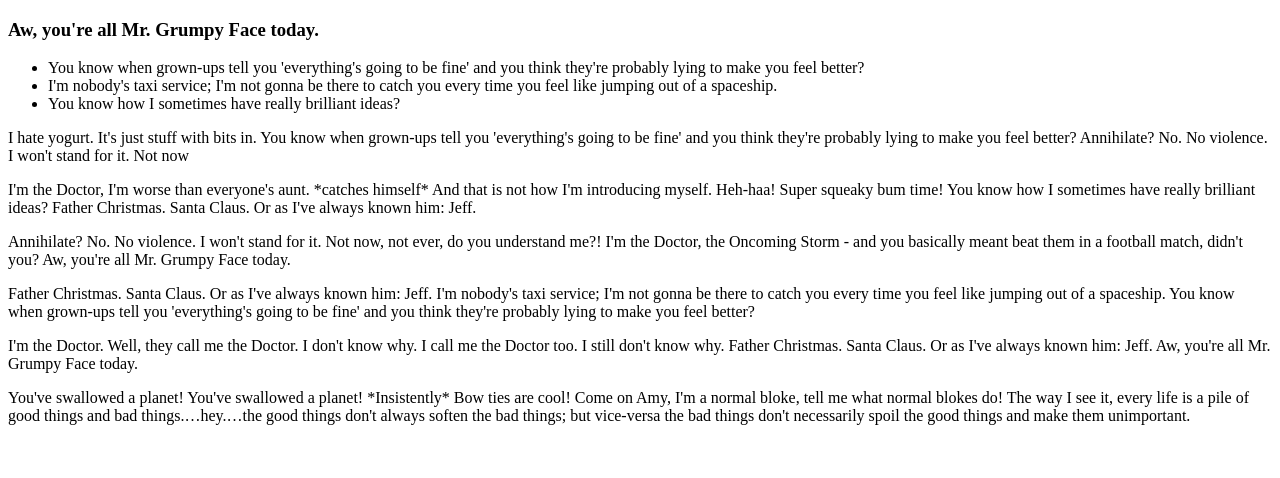
Repository: m0lt/modul_1
Page: 20250708_css_Class_ID/Aufgaben/02_Pseudo-Elements-Level-1_2/index.html
An editor plug-in stored every save of this project. The page is shown before and after the next save, followed by the edit.
The browser window is 1280 px wide. The pictures show the whole page.

Above is the page before, as saved 2025-07-07 14:08:19.

### 20250708_css_Class_ID/Aufgaben/02_Pseudo-Elements-Level-1_2/index.html
<!DOCTYPE html>
<html lang="en">
  <head>
    <meta charset="UTF-8" />
    <meta name="viewport" content="width=device-width, initial-scale=1.0" />
    <link rel="stylesheet" href="./assets/css/styles.css" />
    <title>Document</title>
  </head>
  <body>
    <h3>Aw, you're all Mr. Grumpy Face today.</h3>
    <ul>
      <li>
        You know when grown-ups tell you 'everything's going to be fine' and you think they're probably lying to make
        you feel better?
      </li>
      <li>
        I'm nobody's taxi service; I'm not gonna be there to catch you every time you feel like jumping out of a
        spaceship.
      </li>
      <li>You know how I sometimes have really brilliant ideas?</li>
    </ul>
    <section>
      <p>
        I hate yogurt. It's just stuff with bits in. You know when grown-ups tell you 'everything's going to be fine'
        and you think they're probably lying to make you feel better? Annihilate? No. No violence. I won't stand for it.
        Not now
      </p>
      <p>
        I'm the Doctor, I'm worse than everyone's aunt. *catches himself* And that is not how I'm introducing myself.
        Heh-haa! Super squeaky bum time! You know how I sometimes have really brilliant ideas? Father Christmas. Santa
        Claus. Or as I've always known him: Jeff.
      </p>
      <p>
        Annihilate? No. No violence. I won't stand for it. Not now, not ever, do you understand me?! I'm the Doctor, the
        Oncoming Storm - and you basically meant beat them in a football match, didn't you? Aw, you're all Mr. Grumpy
        Face today.
      </p>
      <p>
        Father Christmas. Santa Claus. Or as I've always known him: Jeff. I'm nobody's taxi service; I'm not gonna be
        there to catch you every time you feel like jumping out of a spaceship. You know when grown-ups tell you
        'everything's going to be fine' and you think they're probably lying to make you feel better?
      </p>
      <p>
        I'm the Doctor. Well, they call me the Doctor. I don't know why. I call me the Doctor too. I still don't know
        why. Father Christmas. Santa Claus. Or as I've always known him: Jeff. Aw, you're all Mr. Grumpy Face today.
      </p>
      <p>
        You've swallowed a planet! You've swallowed a planet! *Insistently* Bow ties are cool! Come on Amy, I'm a normal
        bloke, tell me what normal blokes do! The way I see it, every life is a pile of good things and bad
        things.…hey.…the good things don't always soften the bad things; but vice-versa the bad things don't necessarily
        spoil the good things and make them unimportant.
      </p>
    </section>
  </body>
</html>

### 20250708_css_Class_ID/Aufgaben/02_Pseudo-Elements-Level-1_2/assets/css/styles.css
#a020f0 #00bfff #32cd32 #c71585 #00ced1 #483d8b h3::first-letter {
  color: #2e8b57;
  font-size: 24px;
}

After the next save:
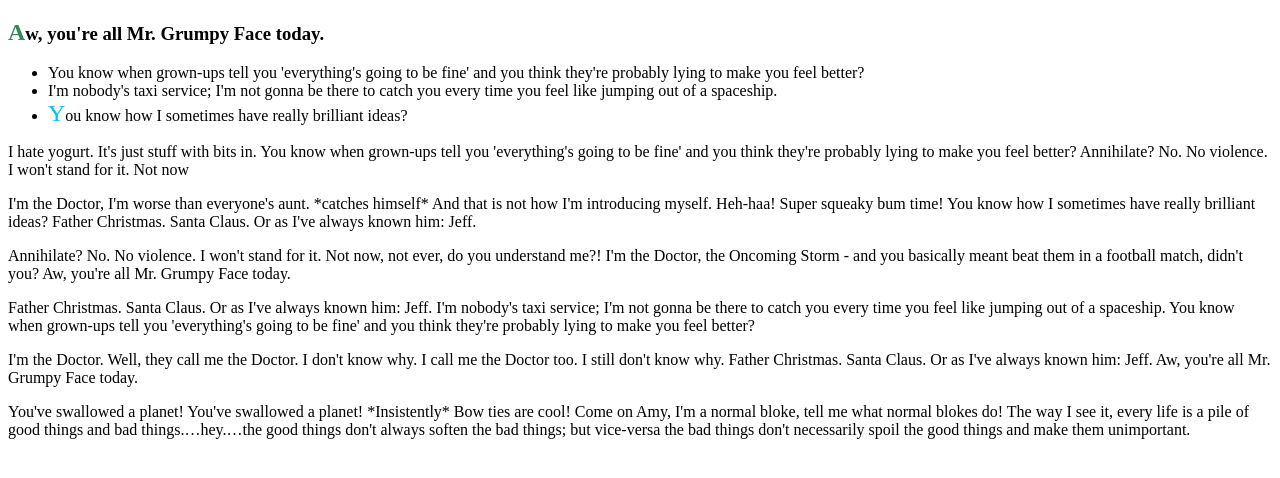
Saved 100 s later.
--- a/20250708_css_Class_ID/Aufgaben/02_Pseudo-Elements-Level-1_2/assets/css/styles.css
+++ b/20250708_css_Class_ID/Aufgaben/02_Pseudo-Elements-Level-1_2/assets/css/styles.css
@@ -1,4 +1,11 @@
-#a020f0 #00bfff #32cd32 #c71585 #00ced1 #483d8b h3::first-letter {
+/* #a020f0  #32cd32 #c71585 #00ced1 #483d8b  */
+
+h3::first-letter {
   color: #2e8b57;
   font-size: 24px;
 }
+
+li:nth-last-of-type(1)::first-letter {
+  color: #00bfff;
+  font-size: 24px;
+}
